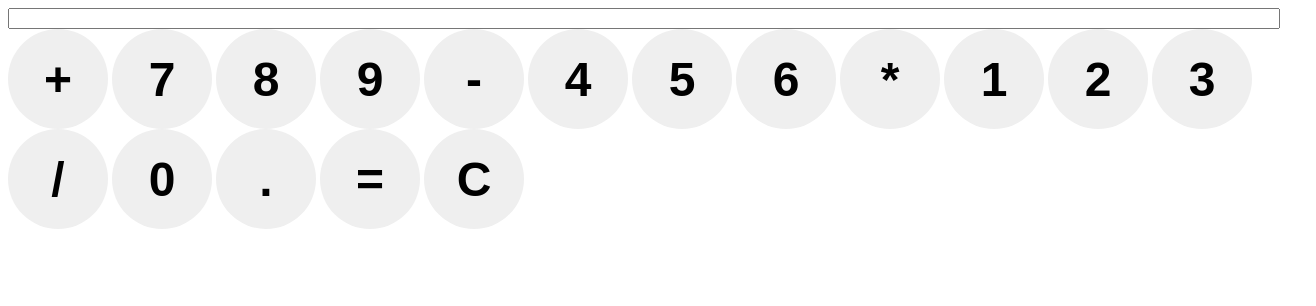
Repository: 23HarveyJi/25-Fall_chillguys
Page: calculator.html
An editor plug-in stored every save of this project. The page is shown before and after the next save, followed by the edit.
The browser window is 1280 px wide. The page is 1280 px wide, then 1316 px, then 1280 px, so the pictures cover 1316 px, including what lies to the right of the window. The pictures show the whole page.

Above is the page before, as saved 2025-10-10 15:02:59.

After the next save:
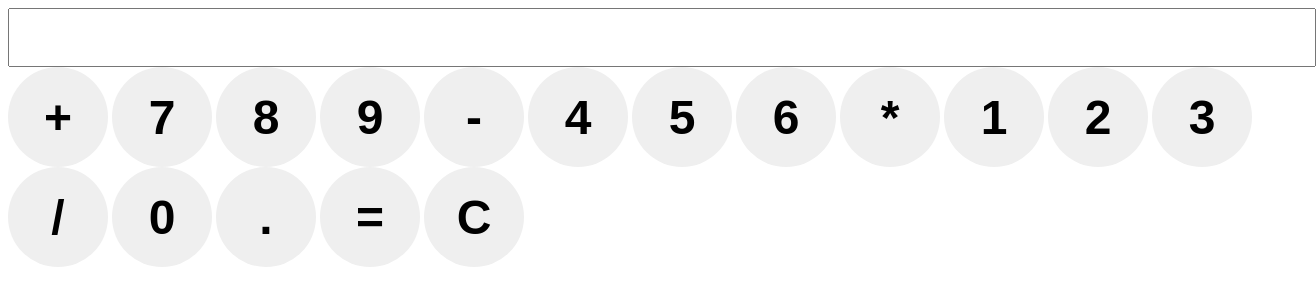
Saved 7 s later.
--- a/calculator.css
+++ b/calculator.css
@@ -7,6 +7,7 @@
 }
 #display{
     width: 100%;
+    padding: 20px
 }
 .keys{
     display: grid;

After the save that followed:
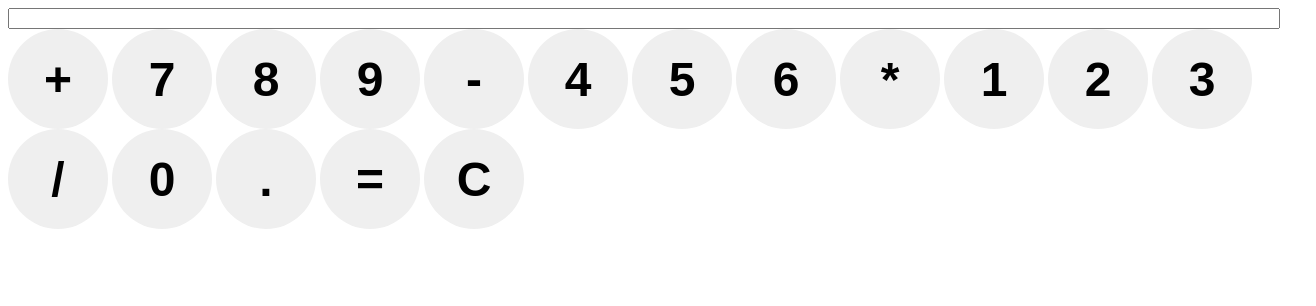
Saved 44 s later.
--- a/calculator.css
+++ b/calculator.css
@@ -8,6 +8,7 @@
 #display{
     width: 100%;
     padding: 20px
+    font
 }
 .keys{
     display: grid;
